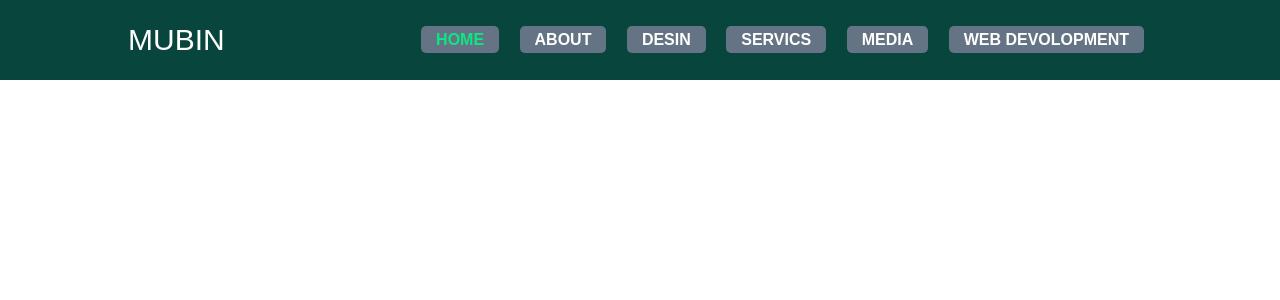
Repository: mdaj6804gmail/1-page-web-theme
Page: index.html
An editor plug-in stored every save of this project. The page is shown before and after the next save, followed by the edit.
The browser window is 1280 px wide. The pictures show the whole page.

Above is the page before, as saved 2022-12-18 12:49:47.

After the next save:
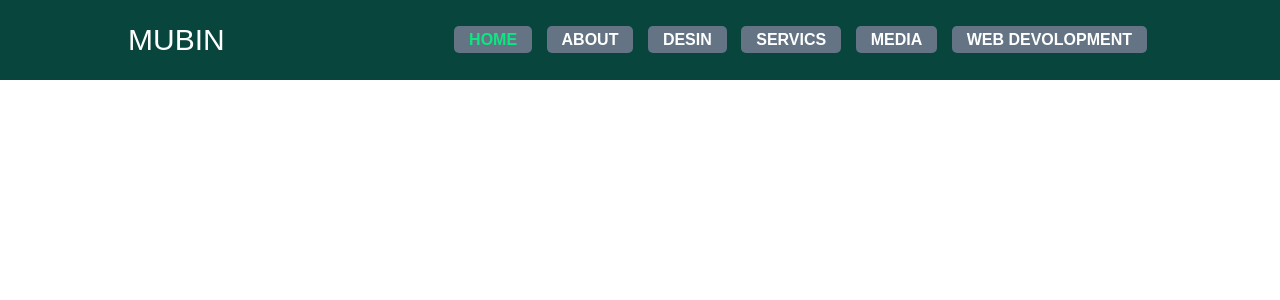
Saved 14 s later.
--- a/style.css
+++ b/style.css
@@ -31,7 +31,7 @@
 nav ul li{
   display: inline-block;
   line-height:80px;
-  padding: 0 8px;
+  padding: 0 5px;
 
 }
 nav ul li a{
